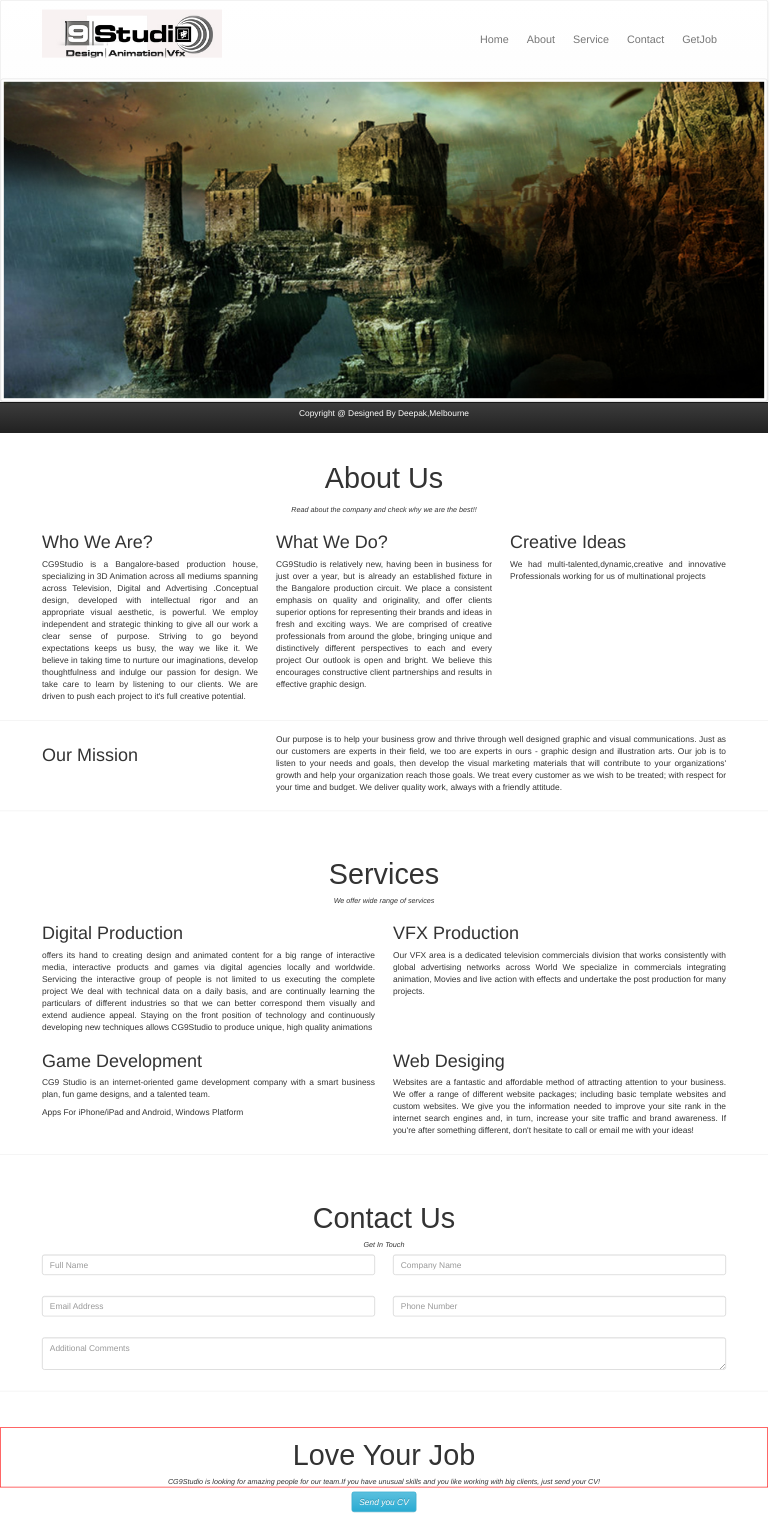
Repository: deepak6sp/BootstrapTheme1
Page: 9studio/WebContent/index.html
An editor plug-in stored every save of this project. The page is shown before and after the next save, followed by the edit.
The browser window is 1280 px wide. The page is 1294 px wide, so the pictures cover 1294 px, including what lies to the right of the window. The pictures show the whole page, at 60% of full size.
Some web libraries are served in a nearby version.

Above is the page before, as saved 2014-07-23 14:00:44.

After the next save:
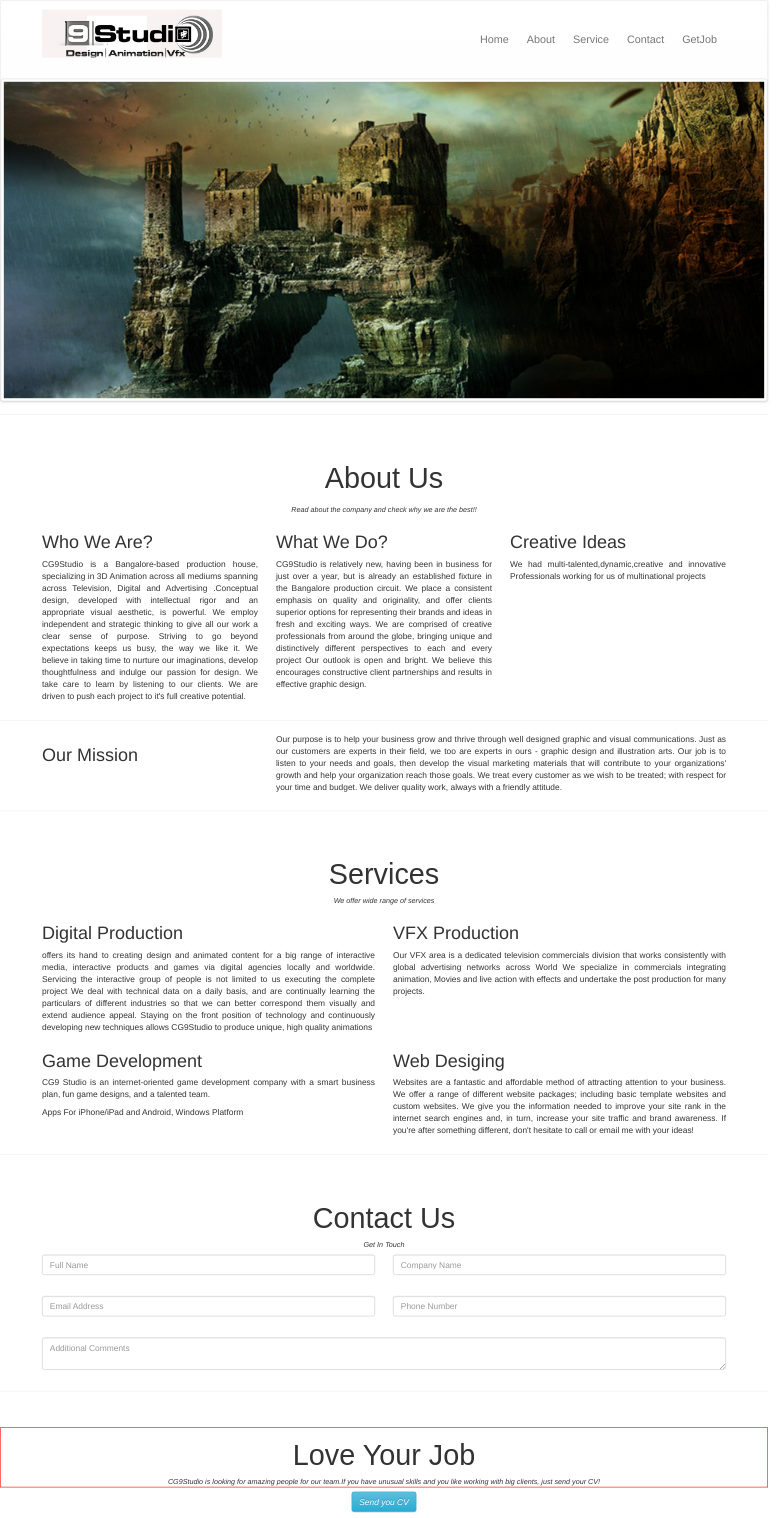
Saved 47 s later.
--- a/9studio/WebContent/index.html
+++ b/9studio/WebContent/index.html
@@ -169,13 +169,13 @@
 				</div>
 			</div>
 		</section>
-		<footer class="navbar navbar-inverse navbar-fixed-bottom">
+		<!-- <footer class="navbar navbar-inverse navbar-fixed-bottom">
 			<div class="container">
 				<div class="row text-center">
 					<h5> Copyright @ Designed By Deepak,Melbourne</h5>
 				</div>
 			</div>
-		</footer>
+		</footer> -->
 
 	<script src="http://ajax.googleapis.com/ajax/libs/jquery/1.11.1/jquery.min.js"></script>
 	<script src="js/bootstrap.min.js"></script>
